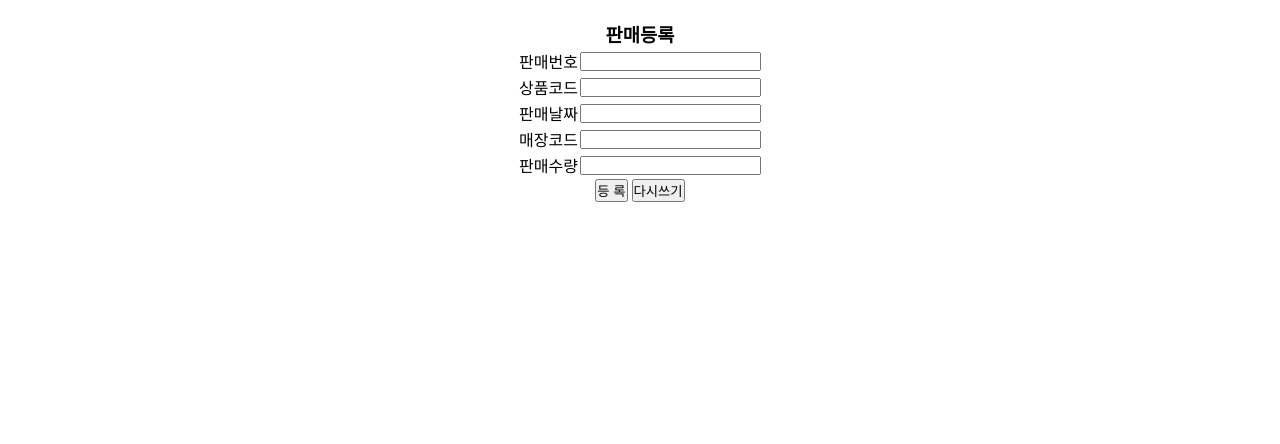
Repository: cmg0523/jsp
Page: http://localhost/Coffee_30626/insert.jsp
These files come from the project's save history. The page is drawn as it stood at one moment and after the next save; the edit follows.
The browser window is 1280 px wide. The pictures show the whole page.
The page is served by Tomcat 9.

Above is the page before, as saved 2021-08-17 08:23:45.

After the next save:
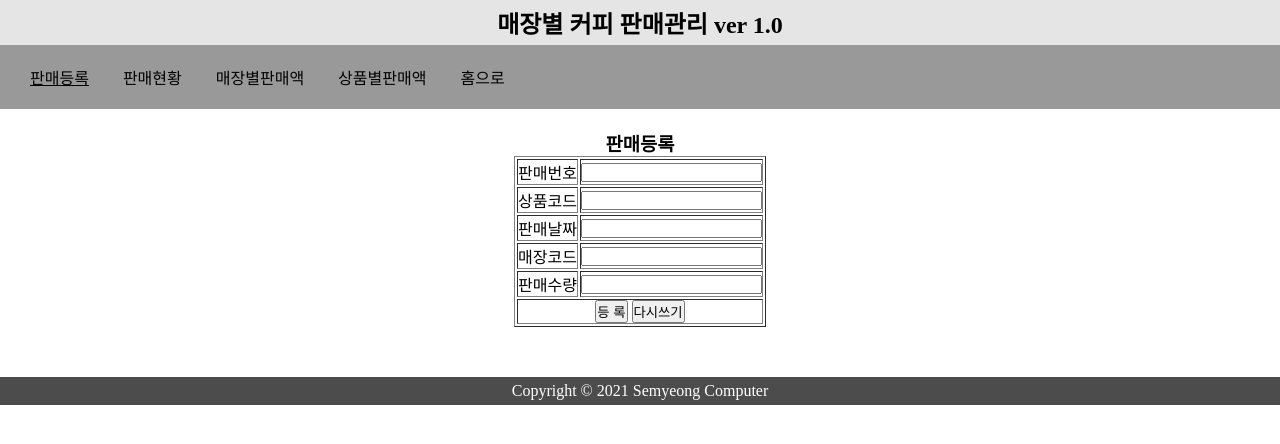
Saved 96 s later.
--- a/coffeeManage/Coffee_30626/WebContent/insert.jsp
+++ b/coffeeManage/Coffee_30626/WebContent/insert.jsp
@@ -1,46 +1,89 @@
 <%@ page language="java" contentType="text/html; charset=UTF-8"
-    pageEncoding="UTF-8"%>
+	pageEncoding="UTF-8"%>
+
 <!DOCTYPE html>
 <html>
 <head>
 <meta charset="UTF-8">
-<title>매장별 커피 판매관리</title>
+<title>Insert title here</title>
 <link rel="stylesheet" href="css.css" />
-<style>.nav1{text-decoration:underline;}</style>
+<style>
+.nav1 {
+	text-decoration: underline;
+}
+</style>
 </head>
 <body>
-<section>
-<h3>판매등록</h3>
-<form action="action.jsp" method="get">
-<table>
-<tr>
-<td>판매번호</td>
-<td><input type="text" name="saleno"/></td>
-</tr>
-<tr>
-<td>상품코드</td>
-<td><input type="text" name="pcode"/></td>
-</tr>
-<tr>
-<td>판매날짜</td>
-<td><input type="text" name="saledate"/></td>
-</tr>
-<tr>
-<td>매장코드</td>
-<td><input type="text" name="scode"/></td>
-</tr>
-<tr>
-<td>판매수량</td>
-<td><input type="text" name="amount"/></td>
-</tr>
-<tr>
-<td colspan="2">
-<input type="submit" value="등 록"/>
-<input type="reset" value="다시쓰기"/>
-</td>
-</tr>
-</table>
-</form>
-</section>
+	<script>
+		function check() {
+			var a = document.getElementById("saleno").value;
+			var b = document.getElementById("pcode").value;
+			var c = document.getElementById("saledate").value;
+			var d = document.getElementById("scode").value;
+			var e = document.getElementById("amount").value;
+
+			if (a == "") {
+				alert("판매번호가 입력되지 않았습니다.");
+				return false;
+			} else if (b == "") {
+				alert("상품코드가 입력되지 않았습니다.");
+				return false;
+			} else if (c == "") {
+				alert("판매날짜가 입력되지 않았습니다.");
+				return false;
+			} else if (d == "") {
+				alert("매장코드가 입력되지 않았습니다.");
+				return false;
+			} else if (e == "") {
+				alert("판매수량이 입력되지 않았습니다.");
+				return false;
+			} else {
+				return true;
+			}
+		}
+		function resetcheck(){
+			if(confirm("다시쓰시겠습니까?")){
+				return true;
+			}
+			else {
+				return false;
+			}
+		}
+	</script>
+
+	<jsp:include page="header.jsp"></jsp:include>
+	<section>
+		<h3>판매등록</h3>
+		<form action="action.jsp" method="get" onsubmit="return check()" onreset="return resetcheck()">
+			<table border="1">
+				<tr>
+					<td>판매번호</td>
+					<td><input type="text" name="saleno" id="saleno" /></td>
+				</tr>
+				<tr>
+					<td>상품코드</td>
+					<td><input type="text" name="pcode" id="pcode" /></td>
+				</tr>
+				<tr>
+					<td>판매날짜</td>
+					<td><input type="text" name="saledate" id="saledate" /></td>
+				</tr>
+				<tr>
+					<td>매장코드</td>
+					<td><input type="text" name="scode" id="scode" /></td>
+				</tr>
+				<tr>
+					<td>판매수량</td>
+					<td><input type="text" name="amount" id="amount" /></td>
+				</tr>
+				<tr>
+					<td colspan="2"><input type="submit" value="등 록" /> <input
+						type="reset" value="다시쓰기" /></td>
+				</tr>
+			</table>
+		</form>
+	</section>
+
+	<jsp:include page="footer.jsp"></jsp:include>
 </body>
 </html>
